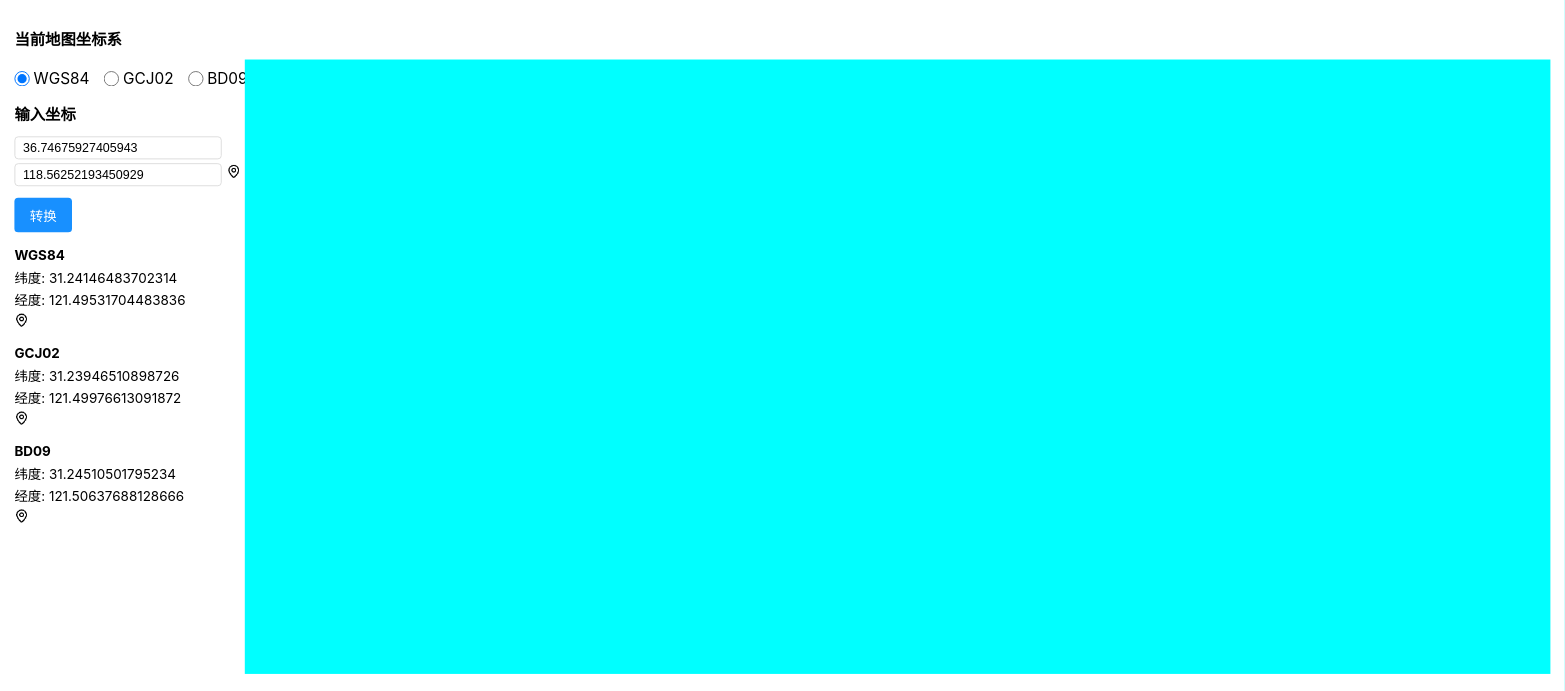
Repository: 1242128273wangpeng/MapTransformTools
Page: popup.html
These files come from the project's save history. The page is drawn as it stood at one moment and after the next save; the edit follows.
The browser window is 1280 px wide. The page is 1630 px wide, so the pictures cover 1630 px, including what lies to the right of the window. The pictures show the whole page, at 96% of full size.

Above is the page before, as saved 2025-01-23 22:37:54.

After the next save:
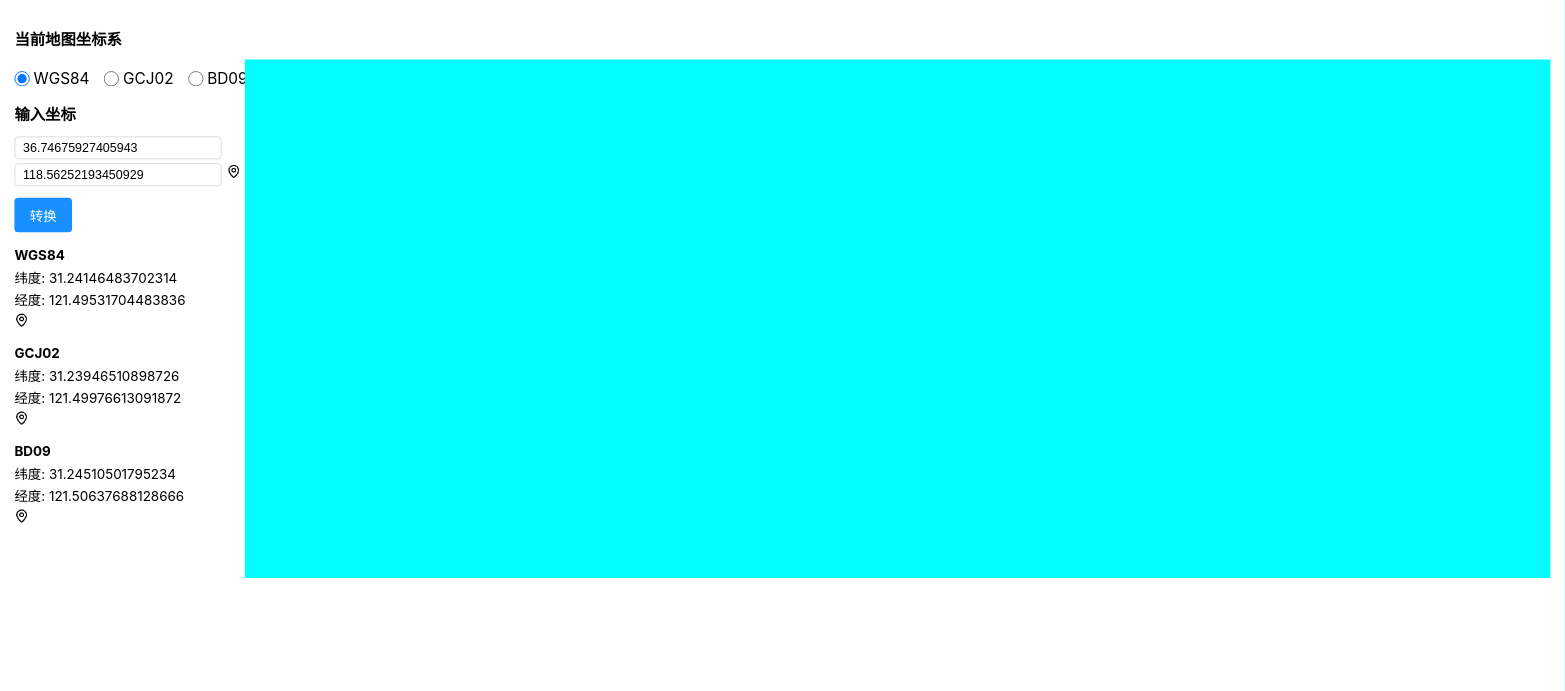
Saved 30 s later.
--- a/popup.html
+++ b/popup.html
@@ -198,7 +198,7 @@
 					</div>
 				</div>
 			</div>
-			<div id="map" style="width: 100%; height: 640px;background-color: aqua;"></div>
+			<div id="map" style="width: 100%; height: 540px;background-color: aqua;"></div>
 		</div>
 	</body>
 
